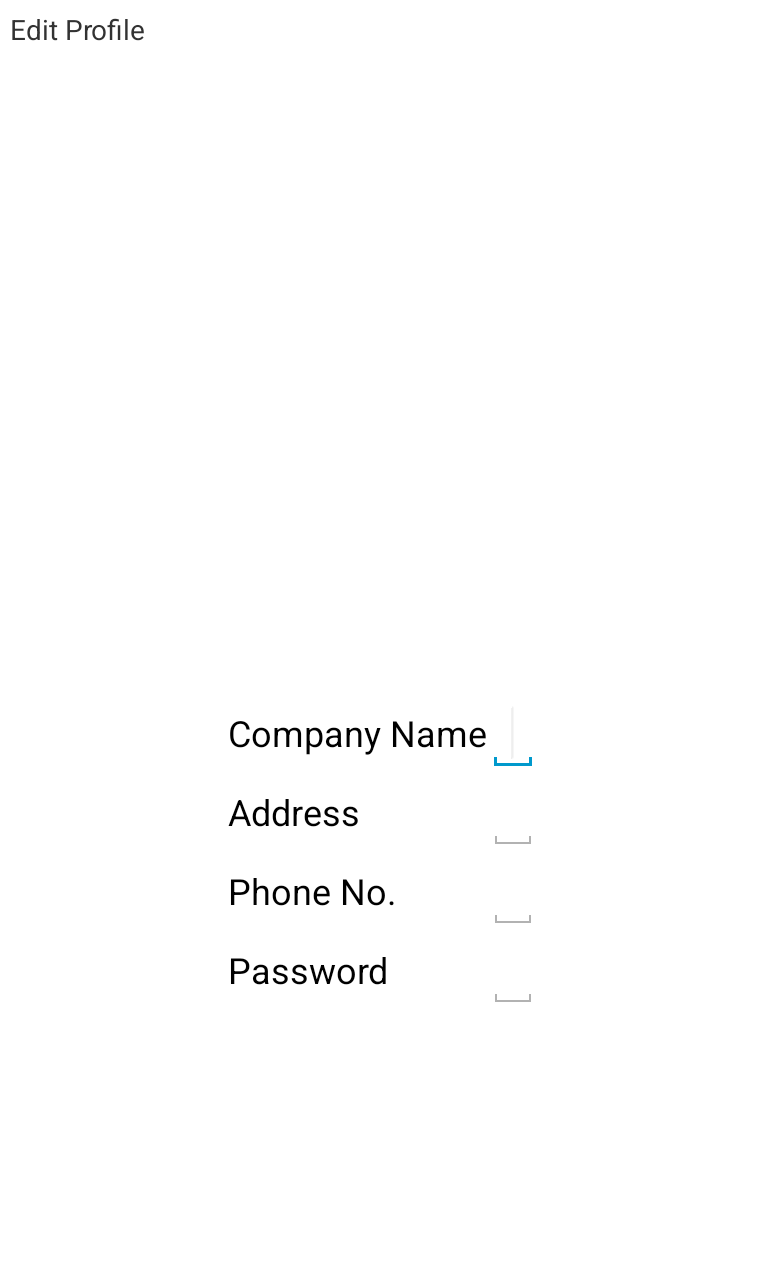
Repository: judemailom/queue-manager
Layout: QueueManager/res/layout/activity_settings.xml
An editor plug-in stored every save of this project. The layout is shown before and after the next save, followed by the edit.
It is drawn on a 768 x 1280 px phone screen (xhdpi) without system bars, with theme AppTheme; the app's code is not run.

Above is the layout before, as saved 2013-12-23 18:07:25.

### QueueManager/res/layout/activity_settings.xml
<LinearLayout xmlns:android="http://schemas.android.com/apk/res/android"
    xmlns:tools="http://schemas.android.com/tools"
    android:layout_width="wrap_content"
    android:layout_height="wrap_content"
    android:orientation="vertical"
    tools:context=".Settings" >

    <TextView
        android:id="@+id/profile_header"
        android:layout_width="wrap_content"
        android:layout_height="wrap_content"
        android:layout_gravity="fill_horizontal"
        android:layout_weight="1"
        android:padding="@dimen/table_padding"
        android:text="@string/action_settings" />

    <TableLayout
        android:layout_width="wrap_content"
        android:layout_height="0dp"
        android:layout_gravity="center"
        android:layout_marginTop="15dp"
        android:layout_weight="1"
        android:padding="@dimen/table_padding" >

        <TableRow
            android:layout_width="wrap_content"
            android:layout_height="wrap_content" >

            <TextView
                android:id="@+id/profile_name_label"
                android:layout_width="wrap_content"
                android:layout_height="wrap_content"
                android:text="@string/company_name"
                android:textAppearance="?android:attr/textAppearanceMedium" />

            <EditText
                android:id="@+id/profile_name"
                android:layout_width="wrap_content"
                android:layout_height="wrap_content"
				android:hint="@string/hint" >
                <requestFocus />
            </EditText>

        </TableRow>

        <TableRow
            android:layout_width="wrap_content"
            android:layout_height="wrap_content" >

            <TextView
                android:id="@+id/profile_address_label"
                android:layout_width="wrap_content"
                android:layout_height="wrap_content"
                android:text="@string/profile_address"
                android:textAppearance="?android:attr/textAppearanceMedium" />

            <EditText
                android:id="@+id/profile_address"
                android:layout_width="wrap_content"
                android:layout_height="wrap_content"
                android:inputType="textPostalAddress" />

        </TableRow>

        <TableRow
            android:layout_width="wrap_content"
            android:layout_height="wrap_content" >

            <TextView
                android:id="@+id/profile_phone_label"
                android:layout_width="wrap_content"
                android:layout_height="wrap_content"
                android:text="@string/profile_phone"
                android:textAppearance="?android:attr/textAppearanceMedium" />

            <EditText
                android:id="@+id/profile_phone"
                android:layout_width="wrap_content"
                android:layout_height="wrap_content"
                android:inputType="phone" />

        </TableRow>

        <TableRow
            android:layout_width="wrap_content"
            android:layout_height="wrap_content" >

            <TextView
                android:id="@+id/profile_password_label"
                android:layout_width="wrap_content"
                android:layout_height="wrap_content"
                android:text="@string/profile_password"
                android:textAppearance="?android:attr/textAppearanceMedium" />

            <EditText
                android:id="@+id/profile_password"
                android:layout_width="wrap_content"
                android:layout_height="wrap_content"
                android:inputType="textPassword" />

        </TableRow>
    </TableLayout>

</LinearLayout>

### QueueManager/res/values/styles.xml
<resources>

    <!--
        Base application theme, dependent on API level. This theme is replaced
        by AppBaseTheme from res/values-vXX/styles.xml on newer devices.
    -->
    <style name="AppBaseTheme" parent="android:Theme.Light.NoTitleBar">
        <!--
            Theme customizations available in newer API levels can go in
            res/values-vXX/styles.xml, while customizations related to
            backward-compatibility can go here.
        -->
    </style>

    <!-- Application theme. -->
    <style name="AppTheme" parent="AppBaseTheme">
        <!-- All customizations that are NOT specific to a particular API-level can go here. -->
    </style>
    <color name="white">#FFFFFF</color>
    <color name="gray">#F0F0F0</color>

</resources>

### QueueManager/res/values/dimens.xml
<resources>

    <!-- Default screen margins, per the Android Design guidelines. -->
    <dimen name="activity_horizontal_margin">20dp</dimen>
    <dimen name="activity_vertical_margin">20dp</dimen>
    <dimen name="font_title">50dp</dimen>
    <dimen name="font_home">20dp</dimen>
    <dimen name="table_padding">5dp</dimen>

</resources>

### QueueManager/res/values/strings.xml
<?xml version="1.0" encoding="utf-8"?>
<resources>

    <string name="app_name">Queue Manager</string>
    <string name="action_settings">Edit Profile</string>
    <string name="title">Logo</string>
    <string name="login">Login</string>
    <string name="hint_password">Password</string>
    <string name="title_activity_home">HomeActivity</string>
    <string name="hello_world">Hello world!</string>
    <string name="desc_calendar">calendar</string>
    <string name="desc_queue">queue count</string>
    <string name="desc_clock">clock</string>
    <string name="button_close">OPEN QUEUE</string>
    <string name="button_pause">PAUSE QUEUE</string>
    <string name="title_activity_queue">Queue</string>
    <string name="now_serving">Now Serving</string>
    <string name="current_queue">Current Queue</string>
    <string name="desc_now_serving">now_serving</string>
    <string name="desc_current_queue">current_queue</string>
    <string name="queue_count">CLOSED QUEUE</string>
    <string name="about">About</string>
    <string name="help">Help</string>
    <string name="title_activity_settings">Settings</string>
    <string name="title_activity_about">About</string>
    <string name="title_activity_help">Help</string>
    <string name="company_name">Company Name</string>
    <string name="hint"></string>
    <string name="profile_address">Address</string>
    <string name="profile_phone">Phone No.</string>
    <string name="profile_password">Password</string>

</resources>

Loaded but not shown: QueueManager/res/values-v11/styles.xml (common file); QueueManager/res/values-v14/styles.xml (common file)

After the next save:
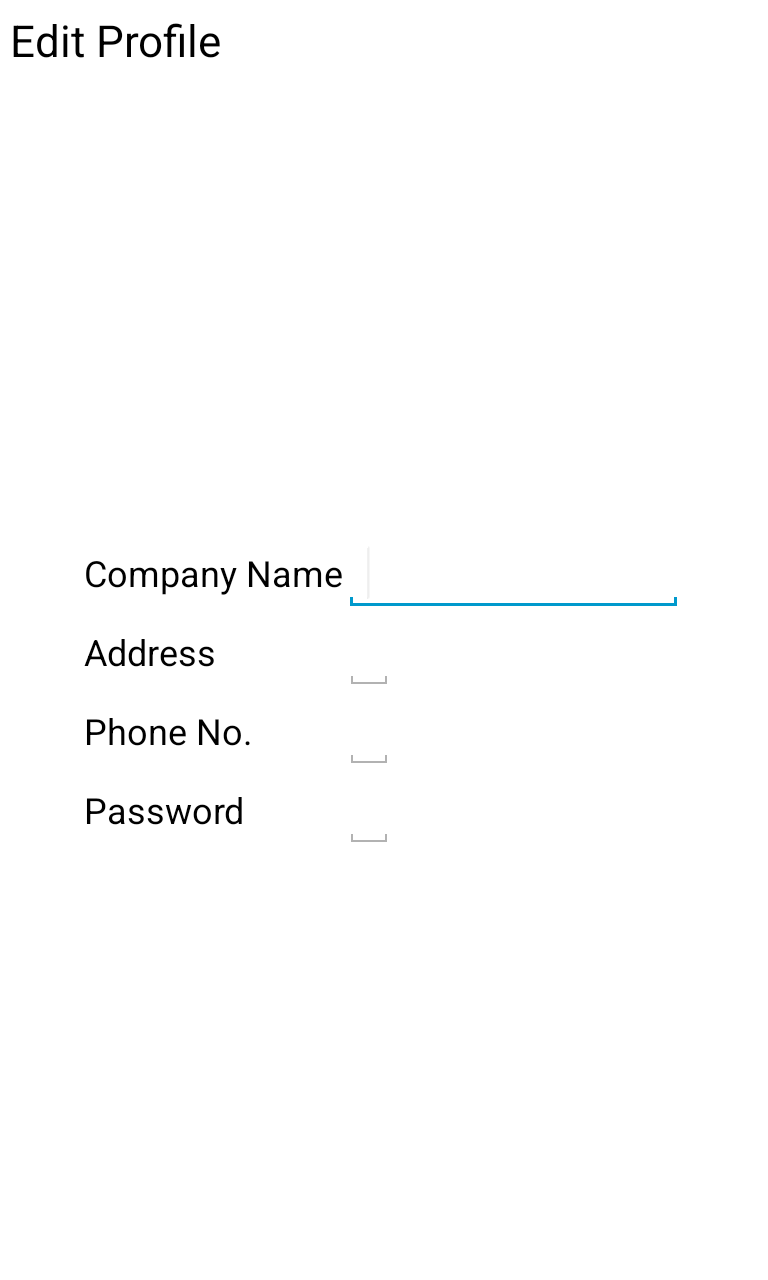
Saved 94 s later.
--- a/QueueManager/res/layout/activity_settings.xml
+++ b/QueueManager/res/layout/activity_settings.xml
@@ -12,14 +12,15 @@
         android:layout_gravity="fill_horizontal"
         android:layout_weight="1"
         android:padding="@dimen/table_padding"
-        android:text="@string/action_settings" />
+        android:text="@string/action_settings"
+        android:textAppearance="?android:attr/textAppearanceLarge" />
 
     <TableLayout
-        android:layout_width="wrap_content"
+        android:layout_width="310dp"
         android:layout_height="0dp"
         android:layout_gravity="center"
         android:layout_marginTop="15dp"
-        android:layout_weight="1"
+        android:layout_weight="1.82"
         android:padding="@dimen/table_padding" >
 
         <TableRow
@@ -35,12 +36,13 @@
 
             <EditText
                 android:id="@+id/profile_name"
-                android:layout_width="wrap_content"
+                android:layout_width="0dp"
                 android:layout_height="wrap_content"
-				android:hint="@string/hint" >
+                android:layout_weight="1"
+                android:hint="@string/hint" >
+
                 <requestFocus />
             </EditText>
-
         </TableRow>
 
         <TableRow
